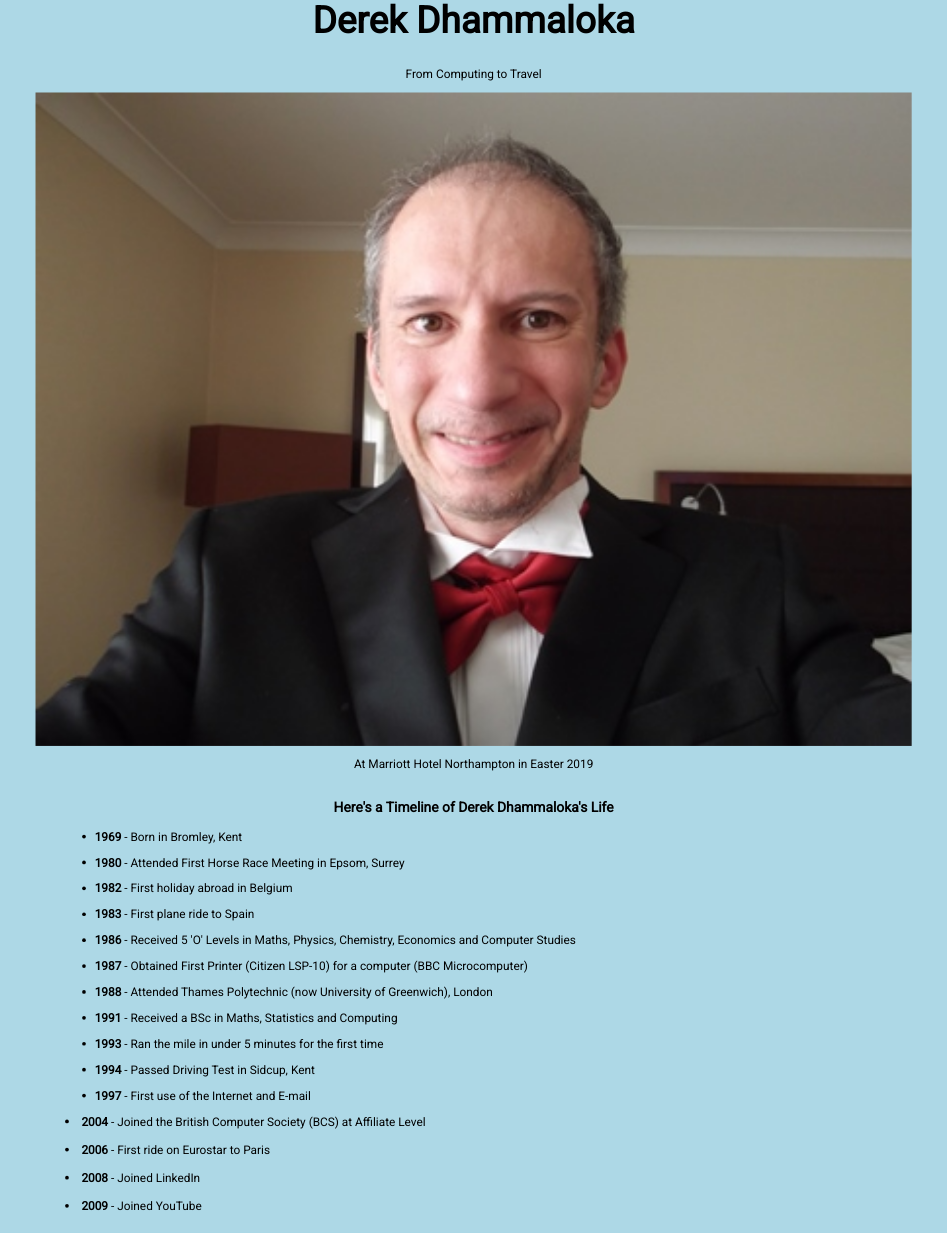
Repository: derektypist/tribute-page
Page: index.html
The author's editor kept a record of every edit. The page is drawn from the files as they stood at one moment, then again after the next edit.
The browser window is 1280 px wide. The pictures show the whole page, at 74% of full size.

Above is the page before.

### index.html
<!DOCTYPE html>
<html lang="en">

<head>
    <meta charset="UTF-8">
    <meta name="viewport" content="width=device-width, initial-scale=1.0">
    <meta http-equiv="X-UA-Compatible" content="ie=edge">
    <title>Derek Dhammaloka Tribute Page</title>
    <!-- Load Style Sheets -->
    <link href="https://fonts.googleapis.com/css?family=Roboto&display=swap" rel="stylesheet">
    <style>
        /* Main Styles */

        #main {
            font-family: "Roboto", Arial, Verdana, sans-serif;
            background-color: lightblue;
            text-align: center;
        }



        /* Title */

        #title {
            font-weight: 700;
            font-size: 50px;
            position: relative;
            bottom: 35px;
        }


        /* Images */

        #img-div {
            position: relative;
            bottom: 35px;
        }

        #image {
            width: 100%;
            display: block;
            height: auto;
        }

        #img-caption {
            position: relative;
            top: 15px;
        }

        /* Tribute Info */

        #tribute-info {

            text-align: left;
            margin-left: 80px;

        }
    </style>
</head>

<body id="main">
    <!-- Set Header Element -->
    <header>
        <h1 id="title">Derek Dhammaloka</h1>
    </header>

    <!-- Set Main Element -->
    <main>

        <!-- Display Image with its Caption -->
        <div id="img-div">
            <p>From Computing to Travel</p>
            <figure>
                <img src="derek.JPG" id="image" title="At Marriott Hotel Northampton - Easter 2019" alt="At Marriott Hotel Northampton - Easter 2019">
                <figcaption id="img-caption">At Marriott Hotel Northampton in Easter 2019</figcaption>
            </figure>
        </div>
        <section>
            <h3>Here's a Timeline of Derek Dhammaloka's Life</h3>
            <!-- Display Tribute Information -->
            <article id="tribute-info">
                <!-- Display Information for 1969 -->
                <ul>
                    <li><strong>1969 </strong>- Born in Bromley, Kent</li>
                </ul>

                <!-- Display Information for 1980 -->
                <ul>
                    <li><strong>1980 </strong>- Attended First Horse Race Meeting in Epsom, Surrey</li>
                </ul>

                <!-- Display Information for 1982 -->
                <ul>
                    <li><strong>1982 </strong>- First holiday abroad in Belgium</li>
                </ul>

                <!-- Display Information for 1983 -->
                <ul>
                     <li><strong>1983 </strong>- First plane ride to Spain</li>
                </ul>

                <!-- Display Information for 1986 -->
                <ul>
                    <li><strong>1986 </strong>- Received 5 'O' Levels in Maths, Physics, Chemistry, Economics and Computer Studies</li>
                </ul>

                <!-- Display Information for 1987 -->
                <ul>
                    <li><strong>1987 </strong>- Obtained First Printer (Citizen LSP-10) for a computer (BBC Microcomputer)</li>
                </ul>


                <!-- Display Information for 1988 -->
                <ul>
                    <li><strong>1988 </strong>- Attended Thames Polytechnic (now University of Greenwich), London</li>
                </ul>

                <!-- Display Information for 1991 -->
                <ul>
                   <li><strong>1991 </strong>- Received a BSc in Maths, Statistics and Computing</li>
                </ul>

                <!-- Display Information for 1993 -->
                <ul>
                    <li><strong>1993 </strong>- Ran the mile in under 5 minutes for the first time</li>
                </ul>

                <!-- Display Information for 1994 -->
                <ul>
                    <li><strong>1994 </strong>- Passed Driving Test in Sidcup, Kent</li>
                </ul>

                <!-- Display Information for 1997 -->
                <ul>
                    <li><strong>1997 </strong>- First use of the Internet and E-mail</li>
                </ul>
                <li><strong>2004 </strong>- Joined the British Computer Society (BCS) at Affiliate Level</li>
                <br>
                <li><strong>2006 </strong>- First ride on Eurostar to Paris</li>
                <br>
                <li><strong>2008 </strong>- Joined LinkedIn</li>
                <br>
                <li><strong>2009 </strong>- Joined YouTube</li>
                <br>
            </article>
        </section>
    </main>
</body>

</html>

After the next edit:
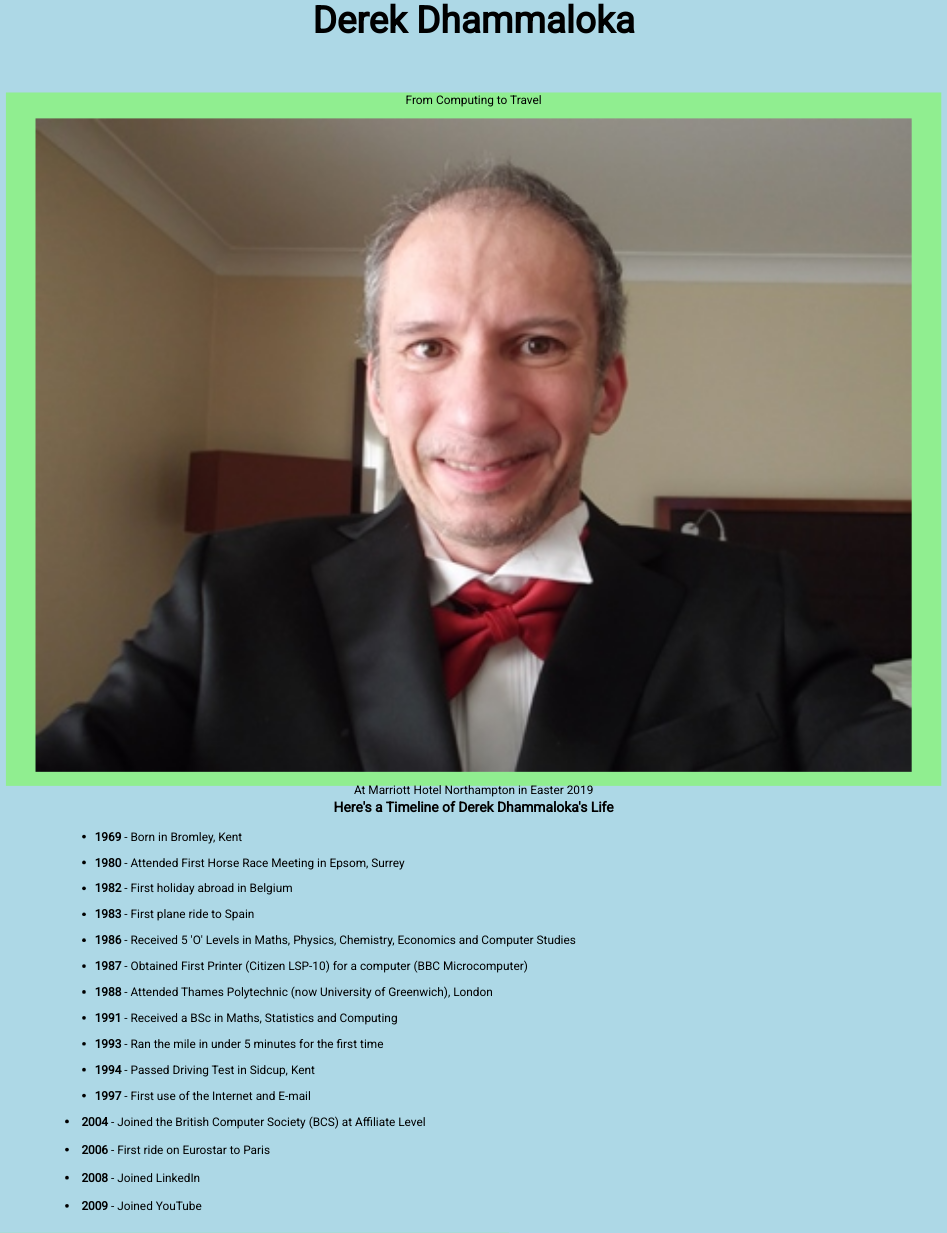
The edit:
--- a/index.html
+++ b/index.html
@@ -32,8 +32,7 @@
         /* Images */
 
         #img-div {
-            position: relative;
-            bottom: 35px;
+            background-color: lightgreen;
         }
 
         #image {
